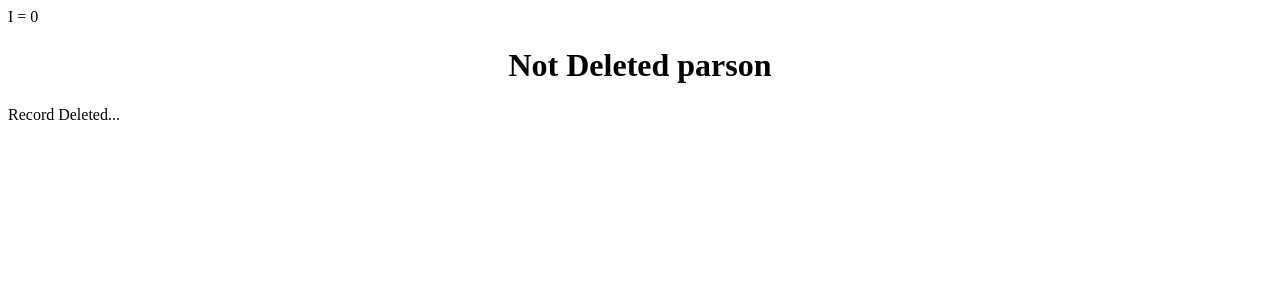
Repository: gajanansp07/Advance_Java_Practice
Page: http://localhost/JDBCCURD/delRec.jsp
These files come from the project's save history. The page is drawn as it stood at one moment and after the next save; the edit follows.
The browser window is 1280 px wide. The pictures show the whole page.
The page is served by Tomcat 9. Queries for data that is not in the repository find no rows.

Above is the page before, as saved 2022-03-17 15:18:14.

### JDBCCURD/src/main/webapp/delRec.jsp
<%@ page language="java" contentType="text/html; charset=ISO-8859-1"
    pageEncoding="ISO-8859-1"%>
    <%@ page import="java.sql.* "%>
<!DOCTYPE html>
<html>
<head>
<meta charset="ISO-8859-1">
<title>Insert title here</title>
</head>
<body>
	<%
	String name = request.getParameter("email");
	try{
	Class.forName("oracle.jdbc.driver.OracleDriver");
	//out.println("Loaded....");
	Connection con=DriverManager.getConnection("jdbc:oracle:thin:@localhost:1521:xe","admin","admin");
	//out.println("Connected....");
	PreparedStatement stmt = con.prepareStatement("delete from registration where Name=?");

	stmt.setString(1,name);

	int i = stmt.executeUpdate();
	out.println("I = "+i);
	if(i>0)
		out.println("<h1 align='center'> Deleted Sucessful....</h1>");
	else
		out.println("<h1 align='center'>Not Deleted parson</h1>");

	}catch(Exception e){
		out.println(e);
	}

	out.println("Record Deleted...");
	%>
</body>
</html>

After the next save:
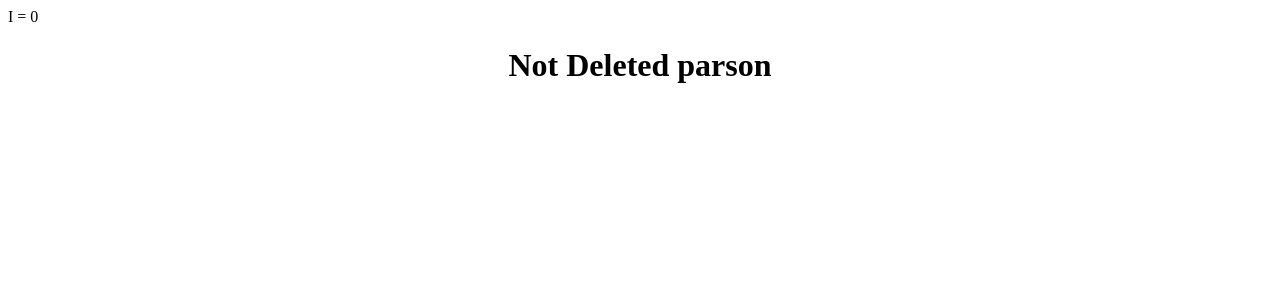
Saved 43 s later.
--- a/JDBCCURD/src/main/webapp/delRec.jsp
+++ b/JDBCCURD/src/main/webapp/delRec.jsp
@@ -30,7 +30,6 @@
 		out.println(e);
 	}
 
-	out.println("Record Deleted...");
 	%>
 </body>
 </html>
